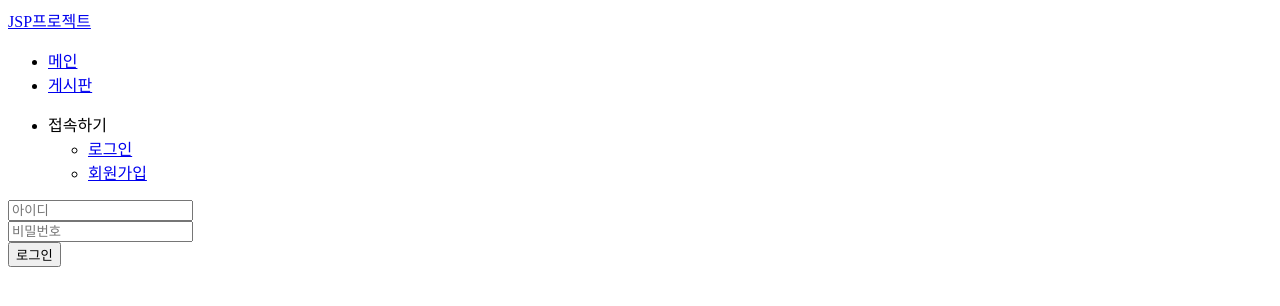
Repository: KimJeongSeok98/ComputerDepartmentPage-JSP
Page: http://localhost/JSP/join.jsp
The author's editor kept a copy of each file at every save. The page is drawn from the files as they stood at one save, then again after the next save.
The browser window is 1280 px wide. The pictures show the whole page.
The page is served by Tomcat 9.

Above is the page before, as saved 2022-06-04 07:35:12.

After the next save:
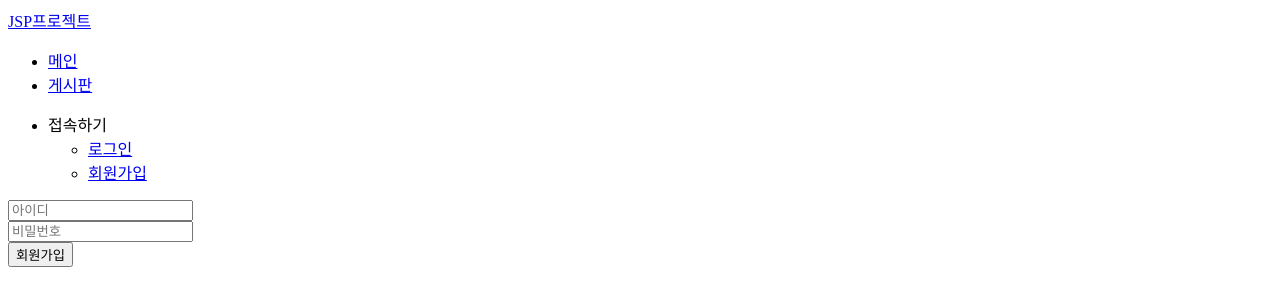
Saved 9 h 44 min later.
--- a/JSP/src/main/webapp/join.jsp
+++ b/JSP/src/main/webapp/join.jsp
@@ -45,7 +45,7 @@
 		</div>
 
 		<div>
-		<input type="submit" value="로그인"> <!--로그인 버튼-->
+		<input type="submit" value="회원가입"> <!--회원가입 버튼-->
 		</div>
 
 	</form>
